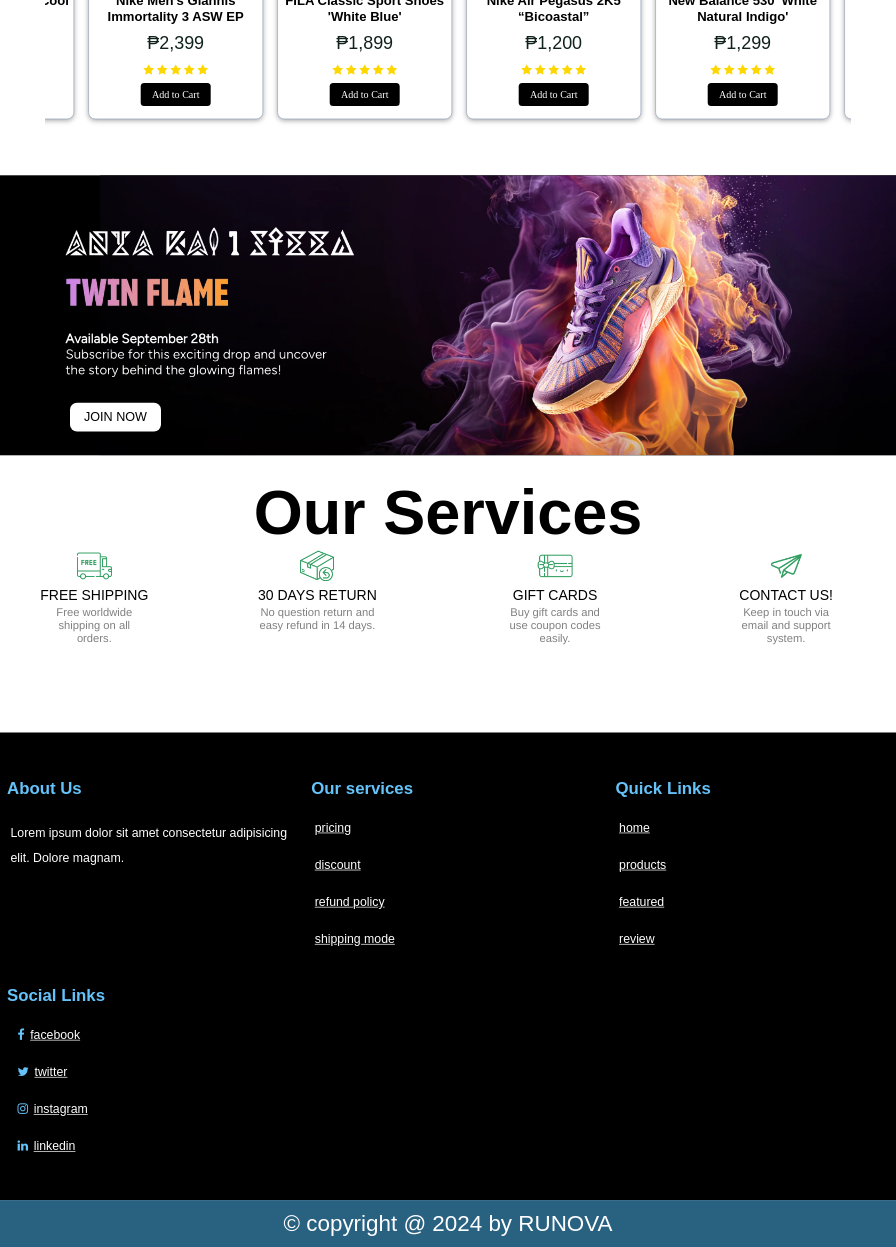
Repository: bluemoonsunshine/E-commerce-Website-Runova
Page: index.html
These files come from the project's save history. The page is drawn as it stood at one moment and after the next save; the edit follows.
The browser window is 1280 px wide. The pictures show the part of the page from y = 2349 to 4269 px (the page is 4130 px tall before and 4450 px after), at 70% of full size.
Some web fonts or font styles are not loaded; a fallback is used.

Above is the page before, as saved 2024-09-26 23:20:43.

After the next save:
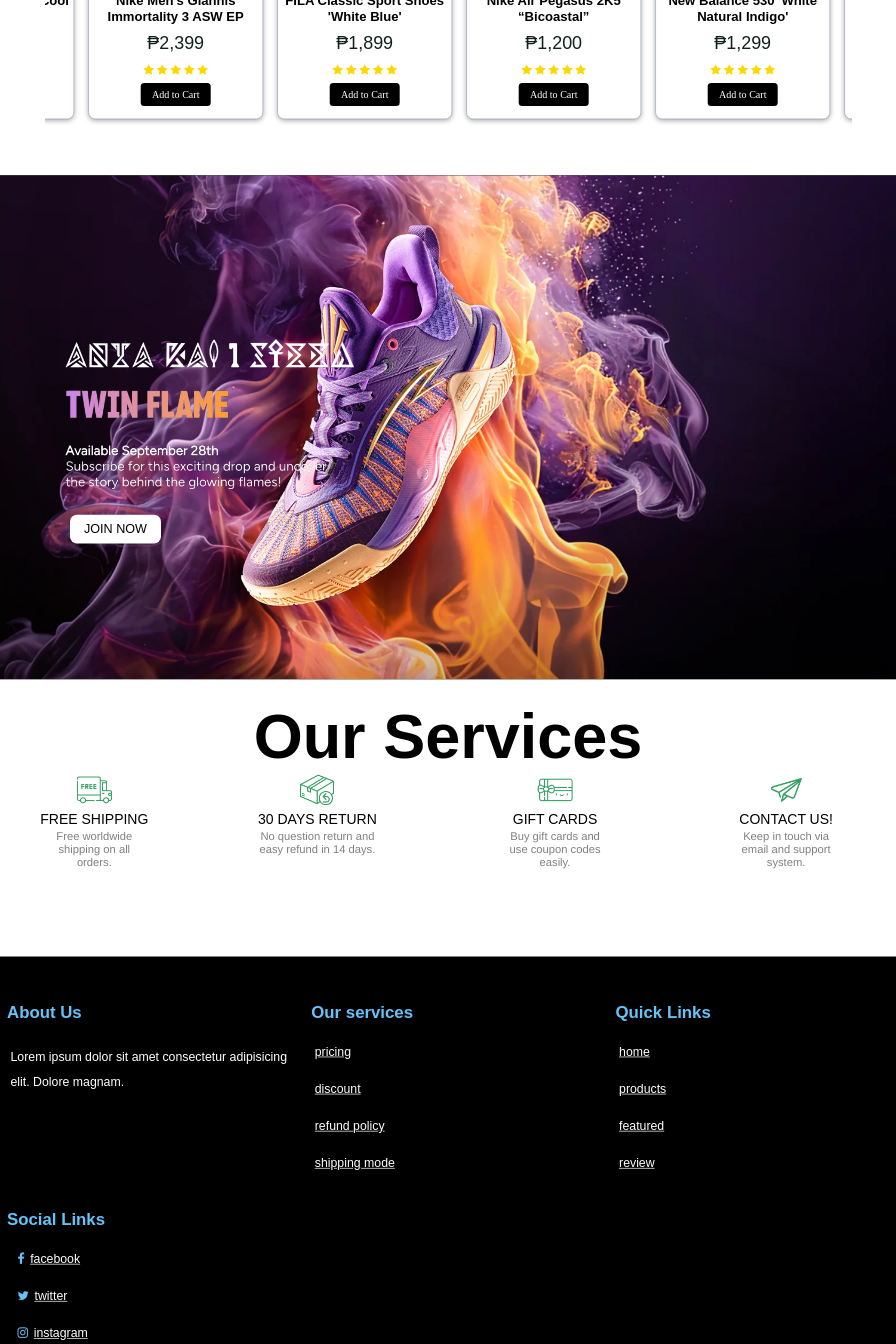
Saved 55 s later.
--- a/styles.css
+++ b/styles.css
@@ -212,7 +212,7 @@
 #banner1 {
     position: relative;
     width: 100%;
-    height: 400px;
+    height: 100vh;
     display: flex;
     justify-content: space-between;
     background-color: #000;
